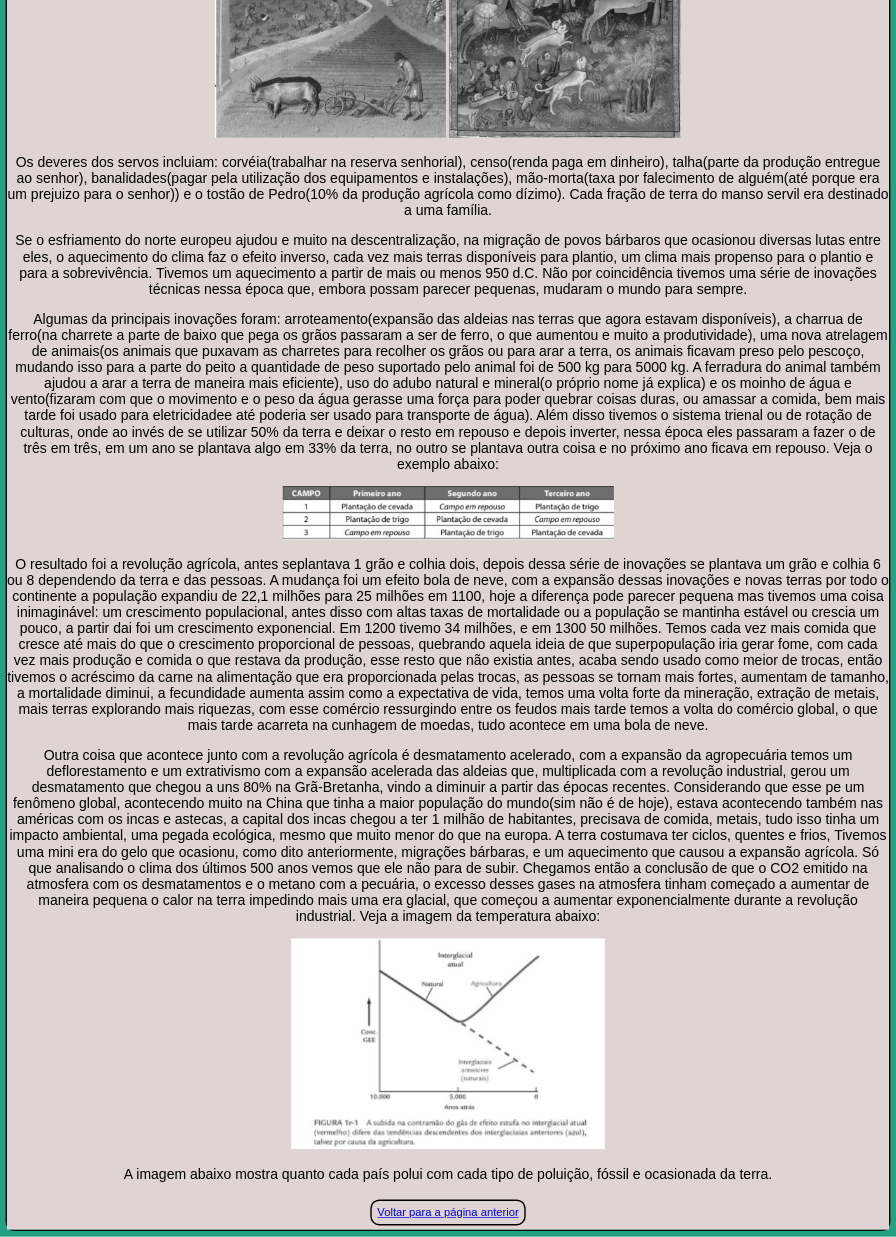
Repository: batmit/FutureFundation.github.io-1
Page: menu/articles/history/ancient/idade_media/idade_media.html
An editor plug-in stored every save of this project. The page is shown before and after the next save, followed by the edit.
The browser window is 1280 px wide. The pictures show the part of the page from y = 941 to 2861 px (the page is 2708 px tall before and 2861 px after), at 70% of full size.

Above is the page before, as saved 2021-10-29 09:16:54.

### menu/articles/history/ancient/idade_media/idade_media.html
<!DOCTYPE html>
<html lang="pt-BR">
<head>
    <meta charset="UTF-8">
    <meta http-equiv="X-UA-Compatible" content="IE=edge">
    <meta name="viewport" content="width=device-width, initial-scale=1.0">
    <title>Idade Média</title>
    <link rel="stylesheet" href="/menu/main.css">
</head>
<body>
    <div id="all">

        <header>
            <h1>Idade Média</h1>
            <h3>Por: Daniel Matos</h3>
        </header>
        <p>Calos magno foi nomeado pelo para imperador dominando praticamente boa parte da europa, com o reino extendido construído por Carlos Martel, seu parente. Porém, muitas coisas desestabilizaram o controle e a unidade presente na europa, como invasões mulçumanas pela África e pela parte Oriental contra o Império Bizantino, migrações de inumeros bárbaros causadas pelo resfiramento do norte da europa, tudo isso somado com o aumento do poder dos senhores e de proprietários privados de terra mais a morte de Carlos Magno desfragmentou completamente a europa dando início ao sistema feudal. </p>

        <p>No sistema feudal as terras e as funções antigamente consideradas como responsabilidade do governo se tornaram privadas, como a autoridade administrativa, judicial e militar. Além disso a igreja católica foi quase um concenso durante a idade média, a divisão do poder era entre os senhores, regionais, e da igreja, continental, primeiramente temos a autoridade divina, depois temos o papa, depois o rei com poder reduzido, então os suseranos, vassalos e os servos. Todos serviam a autoridade divina, não existe senhor sem Deus. A ordem de suserania e vassalagem é uma relação entre dois homens, que originou a frase: "ser homem de outro homem", onde, o suserano era o dono de largas terras e o vassalo fazia um juramento com ele de que parte da terra do suserano seria do vassalo, ele iria chamar servos para trabalhar na terra, dependendo do acordo poderia somente ter a cobrança de impostos de um pedaço de terra, e sempre com uma taxa para o suserano. Era um juramento e uma relação muito forte e honrada, assim como respeitada. Os servos recebiam a permissão de trabalhar na terra em troca de pagar por uma taxa aos senhores de sua produção e tinham que trabalhar na terra dos senhores durante um tempo. </p>

        <p>Como dito anteriormente a sociedade era dividida em castas bem definidas e que praticamente não tinham mudança ou ascensão social. Tínhamos os clero/moges, que tinham a função de orar, os nobres/senhores/cavaleiros com a função de defender o reino/feudo, e os servos/camponeses/ rendeiros que tinham a função de trabalhar. Essas castas eram até mesmo defendidas pela igreja, algo como direito divino. É interessante reforçar que temos um rei nessa época, uma autoridade central só que sem poder, as terras estão divididas entre os vários vassalos e suseranos. </p>

        <p>O feudo era dividido entre reserva senhorial(com castelos, algumas terras, moinhos, celeiros, oficinas, fornos, igreja, basicamente a parte central do feudo), o manso servil(as terras de arremdamento onde os servos trabalhavam) e a reserva comunal(campos amberos, bosques e parques onde a caça somente era permitida ao nobre, o servo não podia caçar). Veja a imagem abaixo de um manso servil e depois de um feudo completo: </p>

        <img src="./feudo.PNG" alt="feudo">

        <img src="./manso_servil.PNG" alt="Manso servil">

        <p>Os deveres dos servos incluiam: corvéia(trabalhar na reserva senhorial), censo(renda paga em dinheiro), talha(parte da produção entregue ao senhor), banalidades(pagar pela utilização dos equipamentos e instalações), mão-morta(taxa por falecimento de alguém(até porque era um prejuizo para o senhor)) e o tostão de Pedro(10% da produção agrícola como dízimo). Cada fração de terra do manso servil era destinado a uma família.</p>

        <p>Se o esfriamento do norte europeu ajudou e muito na descentralização, na migração de povos bárbaros que ocasionou diversas lutas entre eles, o aquecimento do clima faz o efeito inverso, cada vez mais terras disponíveis para plantio, um clima mais propenso para o plantio e para a sobrevivência. Tivemos um aquecimento a partir de mais ou menos 950 d.C. Não por coincidência tivemos uma série de inovações técnicas nessa época que, embora possam parecer pequenas, mudaram o mundo para sempre. </p>

        <p>Algumas da principais inovações foram: arroteamento(expansão das aldeias nas terras que agora estavam disponíveis), a charrua de ferro(na charrete a parte de baixo que pega os grãos passaram a ser de ferro, o que aumentou e muito a produtividade), uma nova atrelagem de animais(os animais que puxavam as charretes para recolher os grãos ou para arar a terra, os animais ficavam preso pelo pescoço, mudando isso para a parte do peito a quantidade de peso suportado pelo animal foi de 500 kg para 5000 kg. A ferradura do animal também ajudou a arar a terra de maneira mais eficiente), uso do adubo natural e mineral(o próprio nome já explica) e os moinho de água e vento(fizaram com que o movimento e o peso da água gerasse uma força para poder quebrar coisas duras, ou amassar a comida, bem mais tarde foi usado para eletricidadee até poderia ser usado para transporte de água). Além disso tivemos o sistema trienal ou de rotação de culturas, onde ao invés de se utilizar 50% da terra e deixar o resto em repouso e depois inverter, nessa época eles passaram a fazer o de três em três, em um ano se plantava algo em 33% da terra, no outro se plantava outra coisa e no próximo ano ficava em repouso. Veja o exemplo abaixo: </p>

        <img src="./sistema_trienal.PNG" alt="sistema trienal">

        <p>O resultado foi a revolução agrícola, antes seplantava 1 grão e colhia dois, depois dessa série de inovações se plantava um grão e colhia 6 ou 8 dependendo da terra e das pessoas. A mudança foi um efeito bola de neve, com a expansão dessas inovações e novas terras por todo o continente a população expandiu de 22,1 milhões para 25 milhões em 1100, hoje a diferença pode parecer pequena mas tivemos uma coisa inimaginável: um crescimento populacional, antes disso com altas taxas de mortalidade ou a população se mantinha estável ou crescia um pouco, a partir dai foi um crescimento exponencial. Em 1200 tivemo 34 milhões, e em 1300 50 milhões. Temos cada vez mais comida que cresce até mais do que o crescimento proporcional de pessoas, quebrando aquela ideia de que superpopulação iria gerar fome, com cada vez mais produção e comida o que restava da produção, esse resto que não existia antes, acaba sendo usado como meior de trocas, então tivemos o acréscimo da carne na alimentação que era proporcionada pelas trocas, as pessoas se tornam mais fortes, aumentam de tamanho, a mortalidade diminui, a fecundidade aumenta assim como a expectativa de vida, temos uma volta forte da mineração, extração de metais, mais terras explorando mais riquezas, com esse comércio ressurgindo entre os feudos mais tarde temos a volta do comércio global, o que mais tarde acarreta na cunhagem de moedas, tudo acontece em uma bola de neve. </p>

        <p>Outra coisa que acontece junto com a revolução agrícola é desmatamento acelerado, com a expansão da agropecuária temos um deflorestamento e um extrativismo com a expansão acelerada das aldeias que, multiplicada com a revolução industrial, gerou um desmatamento que chegou a uns 80% na Grã-Bretanha, vindo a diminuir a partir das épocas recentes. Considerando que esse pe um fenômeno global, acontecendo muito na China que tinha a maior população do mundo(sim não é de hoje), estava acontecendo também nas américas com os incas e astecas, a capital dos incas chegou a ter 1 milhão de habitantes, precisava de comida, metais, tudo isso tinha um impacto ambiental, uma pegada ecológica, mesmo que muito menor do que na europa. A terra costumava ter ciclos, quentes e frios, Tivemos uma mini era do gelo que ocasionu, como dito anteriormente, migrações bárbaras, e um aquecimento que causou a expansão agrícola. Só que analisando o clima dos últimos 500 anos vemos que ele não para de subir. Chegamos então a conclusão de que o CO2 emitido na atmosfera com os desmatamentos e o metano com a pecuária, o excesso desses gases na atmosfera tinham começado a aumentar de maneira pequena o calor na terra impedindo mais uma era glacial, que começou a aumentar exponencialmente durante a revolução industrial. Veja a imagem da temperatura abaixo: </p>
        <img src="./aumento_De_temperatura.PNG" alt="aumento de temperatura">

        <p>A imagem abaixo mostra quanto cada país polui com cada tipo de poluição, fóssil e ocasionada da terra. </p>

        <a href="../ancienthistory.html">Voltar para a página anterior</a>
    </div>
</body>
</html>

### menu/main.css
body{

    text-align: center;

    border: black 2px solid;

    border-radius: 0.8rem;

    font-family: 'Ubuntu', arial;

    background-color: rgb(36, 161, 130);


}

#articles {
    gap: 3px;
}

#all{

    background-color: rgb(223, 211, 211);

}


#codigo{
    text-align:left;

}


img{
    text-align: center;
    justify-content: center;

}

p{
    font-size: 20px;
    font-family: 'Ubuntu', arial;
}

a{
    border: 2px solid black;

    border-radius: 0.8rem;

    box-sizing: border-box;

    padding: 0.5rem;

    line-height:3rem;

    margin: 2px;


}

a:hover{

    background-color:#F0FFFF;

}

h1{

    margin-bottom: 3rem;

    color: rgb(177, 174, 17);

}

audio {
    -webkit-transition:all 0.5s linear;
    -moz-transition:all 0.5s linear;
    -o-transition:all 0.5s linear;
    transition:all 0.5s linear;
    -moz-box-shadow: 2px 2px 4px 0px #006773;
    -webkit-box-shadow:  2px 2px 4px 0px #006773;
    box-shadow: 2px 2px 4px 0px #006773;
    -moz-border-radius:7px 7px 7px 7px ;
    -webkit-border-radius:7px 7px 7px 7px ;
    border-radius:7px 7px 7px 7px ;
}

audio:hover, audio:focus, audio:active {

-webkit-box-shadow: 15px 15px 20px rgba(0,0, 0, 0.4);
-moz-box-shadow: 15px 15px 20px rgba(0,0, 0, 0.4);
box-shadow: 15px 15px 20px rgba(0,0, 0, 0.4);
-webkit-transform: scale(1.05);
-moz-transform: scale(1.05);
transform: scale(1.05);

}



@media (max-width: 900px) {


    a{

        display: block;
        line-height: 0.5rem;
        padding: 1rem;

    }

    #img{
        text-align: right;
    }

}

@media (prefers-color-scheme: dark) {
    #all{

        background-color: rgb(90, 73, 73);

    }

    h1{
        color: white
    }

    p{
        color: white;
    }

    a{
        background-color: aqua;
    }

    h3{
        color: white;
    }

    strong {
        color: white;
    }


}

After the next save:
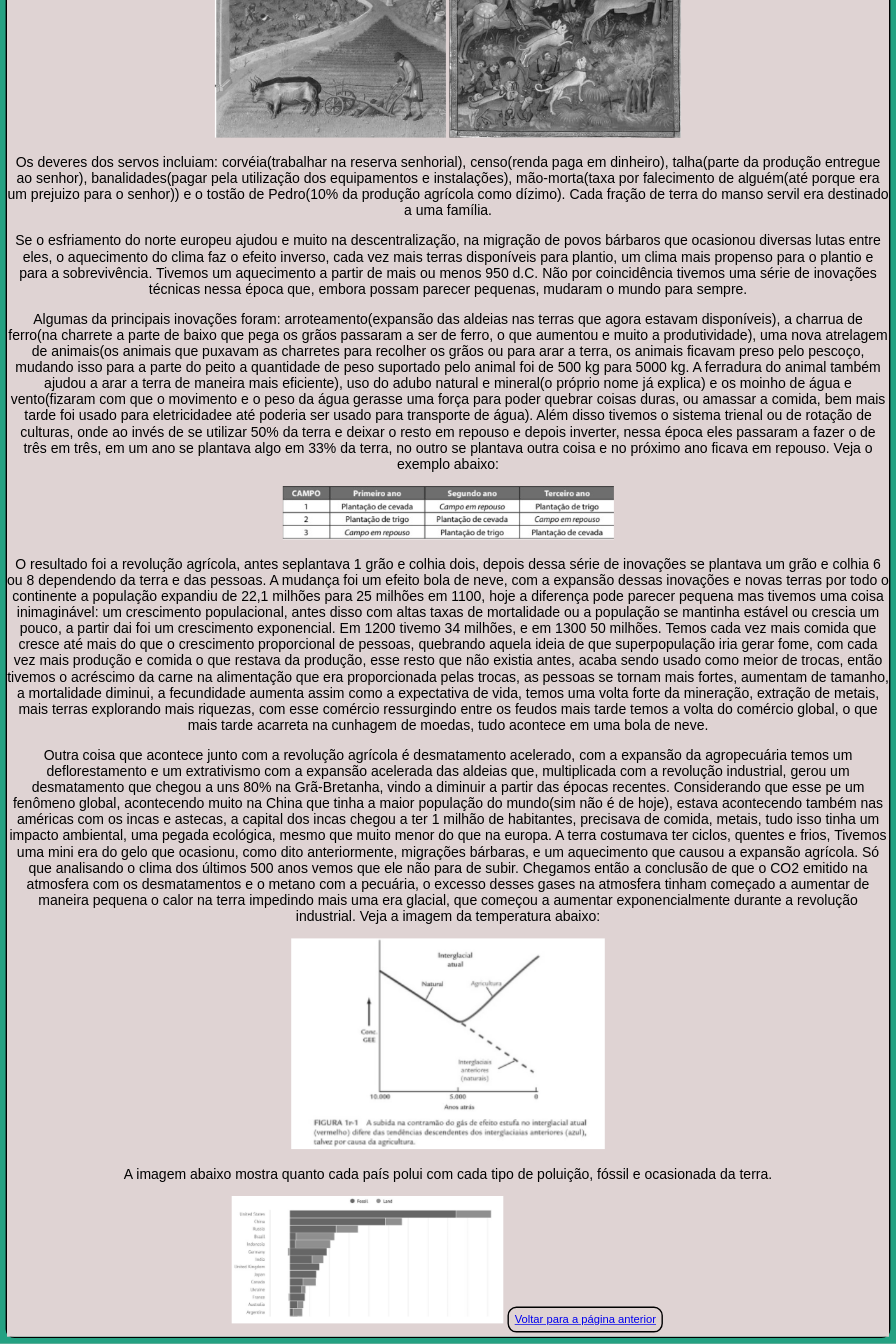
Saved 12 s later.
--- a/menu/articles/history/ancient/idade_media/idade_media.html
+++ b/menu/articles/history/ancient/idade_media/idade_media.html
@@ -40,7 +40,7 @@
         <img src="./aumento_De_temperatura.PNG" alt="aumento de temperatura">
 
         <p>A imagem abaixo mostra quanto cada país polui com cada tipo de poluição, fóssil e ocasionada da terra. </p>
-
+        <img src="./tipo_de_poluição.PNG" alt="tipo de poluição">
         <a href="../ancienthistory.html">Voltar para a página anterior</a>
     </div>
 </body>
